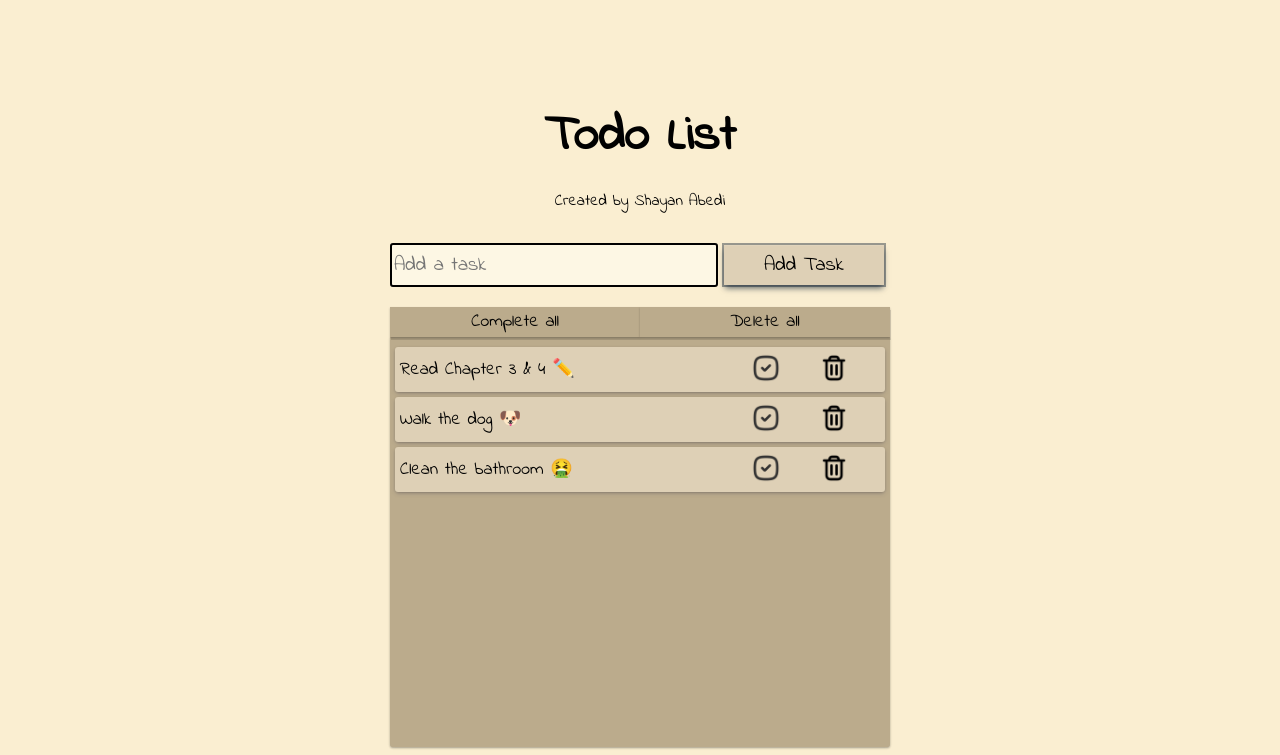
Repository: shayanabedi98/todo-list
Page: /
These files come from the project's save history. The page is drawn as it stood at one moment and after the next save; the edit follows.
The browser window is 1280 px wide. The pictures show the whole page.
The project was rebuilt for these pictures with package versions that can differ from the ones it lists, and the page was loaded fresh each time. Also part of the build but not shown: vite.config.js.

Above is the page before, as saved 2023-12-30 19:48:11.

### index.html
<!doctype html>
<html lang="en">
  <head>
    <meta charset="UTF-8" />
    <link rel="icon" type="image/svg+xml" href="./src/assets/pencil-svgrepo-com.png" />
    <meta name="viewport" content="width=device-width, initial-scale=1.0" />
    <link rel="preconnect" href="https://fonts.googleapis.com">
    <link rel="preconnect" href="https://fonts.gstatic.com" crossorigin>
    <link href="https://fonts.googleapis.com/css2?family=Indie+Flower&display=swap" rel="stylesheet">
    <title>Todo List</title>
  </head>
  <body>
    <div id="root"></div>
    <script type="module" src="/src/main.jsx"></script>
  </body>
</html>

### src/App.jsx
import { useState } from "react";
import { v4 as uuid } from "uuid";
import TodoList from "./TodoList";
import CreateTask from "./CreateTask";
import AffectAll from "./AffectAll";

function App() {
  const [list, setList] = useState([
    { id: uuid(), text: "Read Chapter 3 & 4 ✏️", completed: false },
    { id: uuid(), text: "Walk the dog 🐶", completed: false },
    { id: uuid(), text: "Clean the bathroom 🤮", completed: false },
  ]);
  const [input, setInput] = useState("");

  const addTask = () => {
    if (input.trim() !== "") {
      setList([...list, { id: uuid(), text: input, completed: false }]);
      setInput("");
    }
  };

  const handleChange = (event) => {
    setInput(event.target.value);
  };

  const handleDelete = (taskID) => {
    const newList = list.filter((task) => {
      return task.id !== taskID;
    });
    setList(newList);
  };

  const handleComplete = (taskID) => {
    const newList = list.map((task) => {
      if (task.id === taskID) {
        return { ...task, completed: !task.completed };
      } else {
        return task;
      }
    });
    setList(newList);
  };

  const clearAll = () => {
    setList([]);
  };

  const completeAll = () => {
    const isItCompleted = list.some((task) => !task.completed);
    const newList = list.map((task) => ({ ...task, completed: isItCompleted }));
    setList(newList)
  };

  return (
    <>
      <h1>Todo List</h1>
      <p id="developer">Created by Shayan Abedi</p>
      <CreateTask handleChange={handleChange} input={input} addTask={addTask} />
      <AffectAll clearAll={clearAll} completeAll={completeAll} />
      <TodoList
        list={list}
        handleDelete={handleDelete}
        handleComplete={handleComplete}
      />
    </>
  );
}

export default App;

### src/index.css
body {
  background-color: #faeed1;
  font-family: "Indie Flower", cursive;
}

h1 {
  font-size: 50px;
  margin-top: 100px;
  margin-bottom: 0;
  text-align: center;
}

.create-task {
  display: grid;
  place-items: center;
  align-content: center;
  grid-template-columns: 1fr 1fr;
  margin: 30px auto 0 auto;
}

.create-task input {
  background-color: #fdf7e4;
  border: 2px solid black;
  border-radius: 3px;
  font-size: 20px;
  height: 38px;
  width: 320px;
  font-family: "Indie Flower", cursive;
}

.create-task button {
  background-color: #ded0b6;
  border: none;
  font-family: "Indie Flower", cursive;
  height: 40px;
  width: 160px;
  font-size: 20px;
  box-shadow: rgba(6, 24, 44, 0.4) 0px 0px 0px 2px,
    rgba(6, 24, 44, 0.65) 0px 4px 6px -1px,
    rgba(255, 255, 255, 0.08) 0px 1px 0px inset;
  cursor: pointer;
}

.affect-all {
  display: flex;
  place-content: center;
  margin-top: 20px;
}

.affect-all button {
  background-color: #bbab8c;
  box-shadow: rgba(0, 0, 0, 0.12) 1px 3px, rgba(0, 0, 0, 0.24) 0px 1px 2px;
  border: none;
  font-family: "Indie Flower", cursive;
  height: 30px;
  width: 50%;
  font-size: 18px;
  cursor: pointer;
}

.affect-all button:active {
  box-shadow: rgba(0, 0, 0, 0.12) 1px 1px, rgba(0, 0, 0, 0.24) 0px 1px 2px;
}

.list ul {
  margin: 0;
  padding: 5px;
  box-shadow: rgba(0, 0, 0, 0.12) 0px 1px 3px, rgba(0, 0, 0, 0.24) 0px 1px 2px;
  border-radius: 0 0 3px 3px;
  background-color: #bbab8c;
  min-height: 400px;
}

.list li {
  list-style: none;
  display: grid;
  grid-template-columns: 1fr 0.2fr 0.2fr;
  background-color: #ded0b6;
  margin-top: 5px;
  margin-bottom: 5px;
  padding: 5px;
  box-shadow: rgba(50, 50, 93, 0.25) 0px 2px 5px -1px,
    rgba(0, 0, 0, 0.3) 0px 1px 3px -1px;
  border-radius: 3px;
  font-size: 18px;
  align-items: center;
}

#developer,
h1,
.create-task,
.list,
.affect-all {
  width: 500px;
  margin-left: auto;
  margin-right: auto;
}

.list button {
  background-color: #ded0b6;
  height: 35px;
  width: 35px;
  margin: auto 2px;
  cursor: pointer;
  border: none;
  border-radius: 3px;
}

.list img,
.affect-all img {
  height: 30px;
}

#developer {
  text-align: center;
}

### src/TodoList.jsx
import React from "react";
import trash from "./assets/trash.png";
import check from "./assets/check.png";

const TodoList = ({ handleComplete, handleDelete, list }) => {
  const completedStyle = (condition) => {
    return condition
      ? {
          color: "grey",
          textDecoration: "line-through",
        }
      : {};
  };

  return (
    <div className="list">
      <ul>
        {list.map((task) => {
          return (
            <li key={task.id}>
              <span style={completedStyle(task.completed)}>{task.text}</span>
              <button id="complete" onClick={() => handleComplete(task.id)}>
                <img src={check} alt="checkmark button"/>
              </button>
              <button id="delete" onClick={() => handleDelete(task.id)}>
                <img src={trash} alt="delete button"/>
              </button>
            </li>
          );
        })}
      </ul>
    </div>
  );
};

export default TodoList;

### src/CreateTask.jsx
import React from "react";

const CreateTask = ({input, addTask, handleChange}) => {
  return (
    <div className="create-task">
      <input
        onKeyDown={(e) => e.key === 'Enter' && addTask()}
        placeholder="Add a task"
        type="text"
        onChange={handleChange}
        value={input}
      />
      <button onClick={addTask}>Add Task</button>
    </div>
  );
};

export default CreateTask;

### src/AffectAll.jsx
import React from "react";


const AffectAll = ({ clearAll, completeAll }) => {
  return (
    <div className="affect-all">
      <button onClick={completeAll}>Complete all</button>
      <button onClick={clearAll}>Delete all</button>
    </div>
  );
};

export default AffectAll;

Loaded but not shown: src/main.jsx (common file)

After the next save:
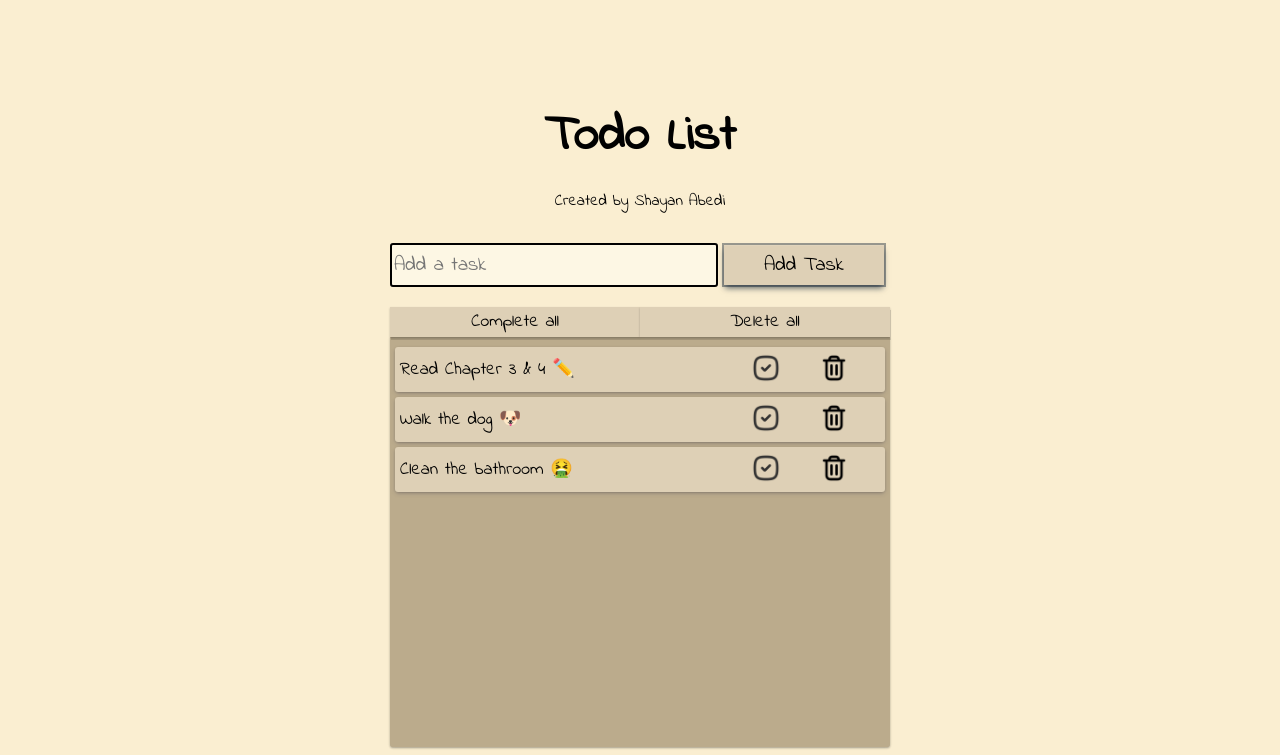
Saved 79 s later.
--- a/src/index.css
+++ b/src/index.css
@@ -48,7 +48,7 @@ h1 {
 }
 
 .affect-all button {
-  background-color: #bbab8c;
+  background-color: #ded0b6;
   box-shadow: rgba(0, 0, 0, 0.12) 1px 3px, rgba(0, 0, 0, 0.24) 0px 1px 2px;
   border: none;
   font-family: "Indie Flower", cursive;
